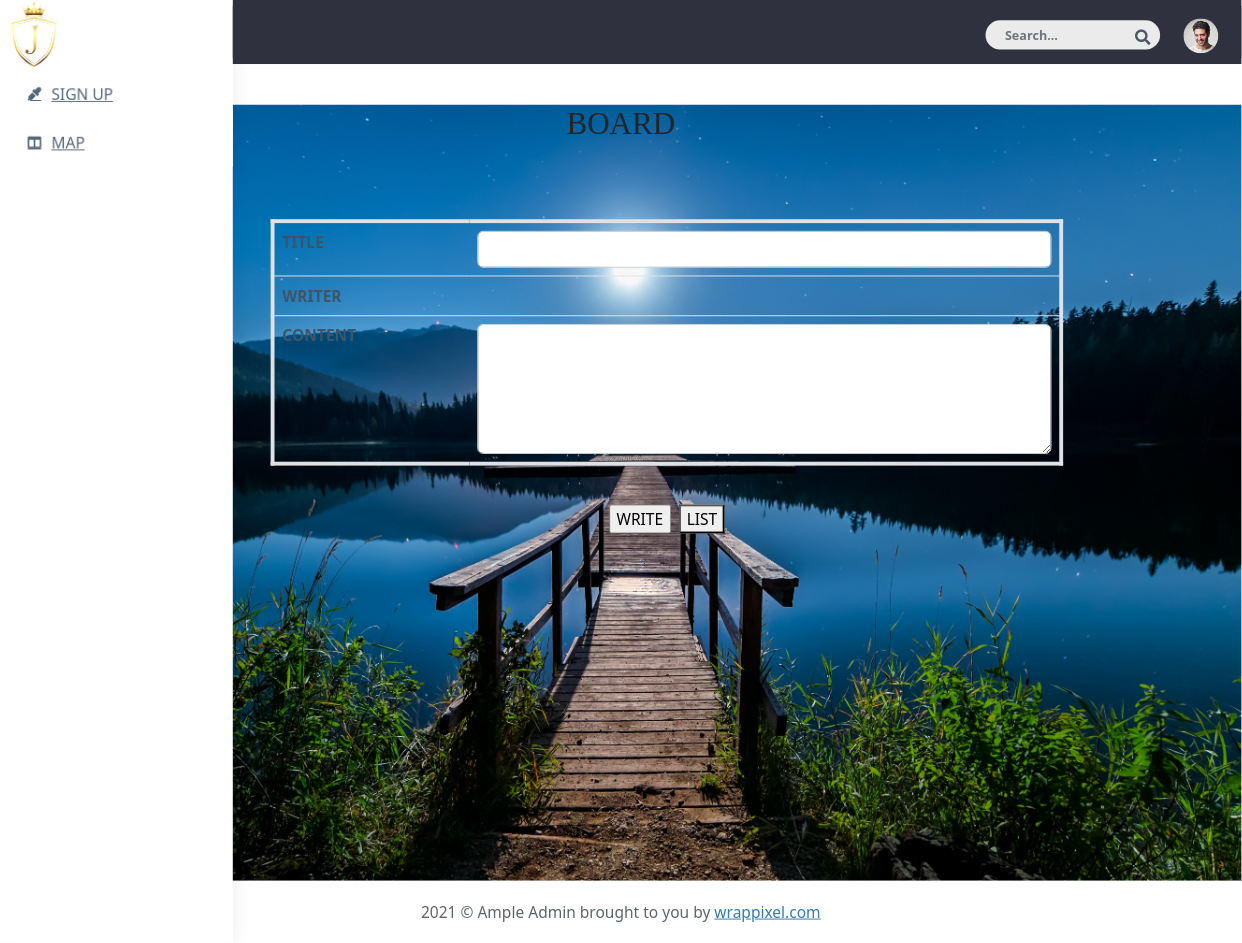
Repository: chopilyeon/HanaOpenBanking
Page: http://localhost/OpenBanking/jsp/board/boardWriteForm.jsp
An editor plug-in stored every save of this project. The page is shown before and after a run of saves, followed by the edit.
The browser window is 1280 px wide. The pictures show the whole page, at 97% of full size.
Some web fonts or font styles are not loaded; a fallback is used. The page is served by Tomcat 9.

Above is the page before, as saved 2022-07-27 13:59:05.
Console error: ReferenceError: $ is not defined

After the next 2 saves:
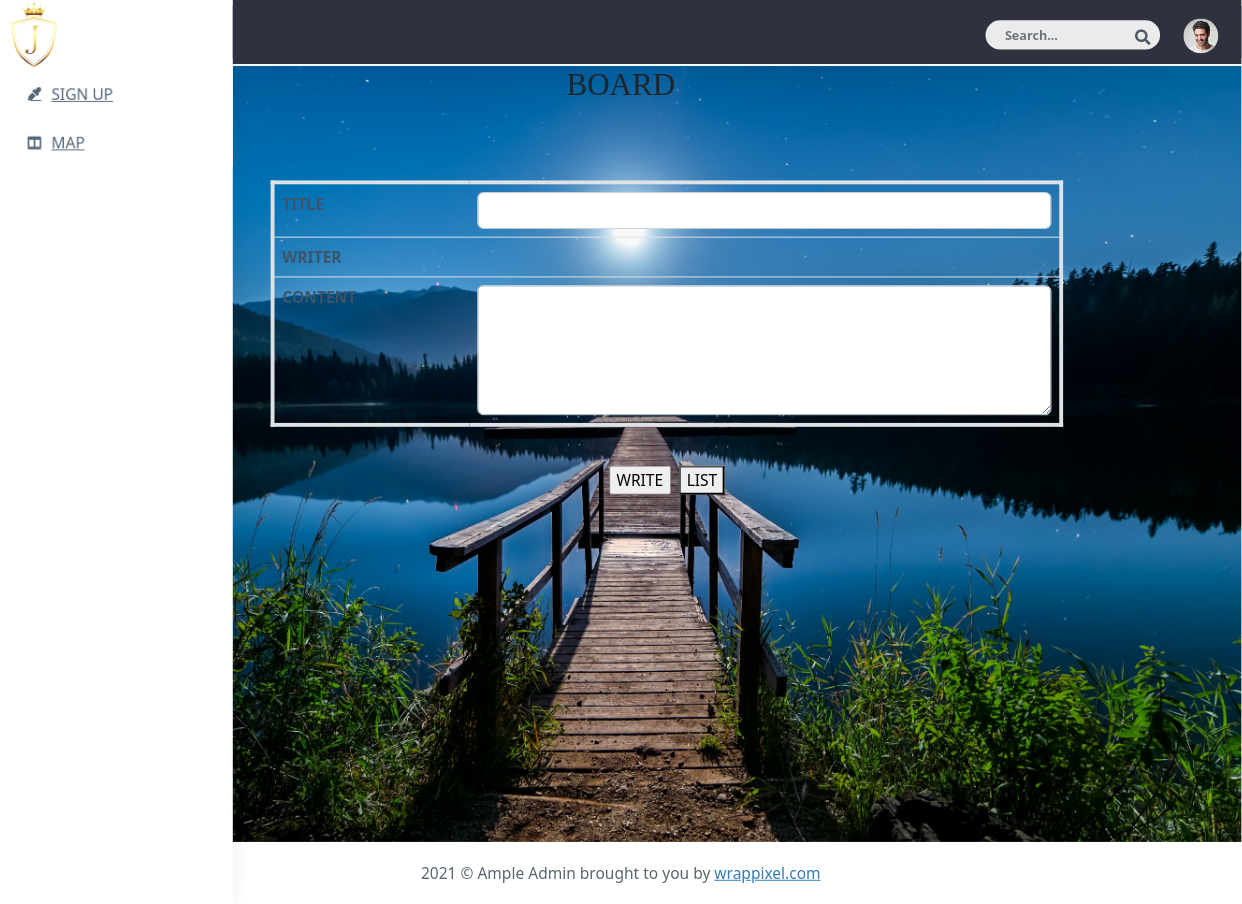
The 2 saves are shown as one change because they came seconds apart.
The last was saved 32 s later.
--- a/OpenBanking/src/main/webapp/jsp/board/boardWriteForm.jsp
+++ b/OpenBanking/src/main/webapp/jsp/board/boardWriteForm.jsp
@@ -73,8 +73,8 @@
 
 	<section class="onlyfor1">
 
-		<div align="center" class="mt-5">
-		<h2 class="">BOARD</h2>
+		<div align="center" class="">
+		<h2 class="mt-2">BOARD</h2>
 		<br>
 
 
